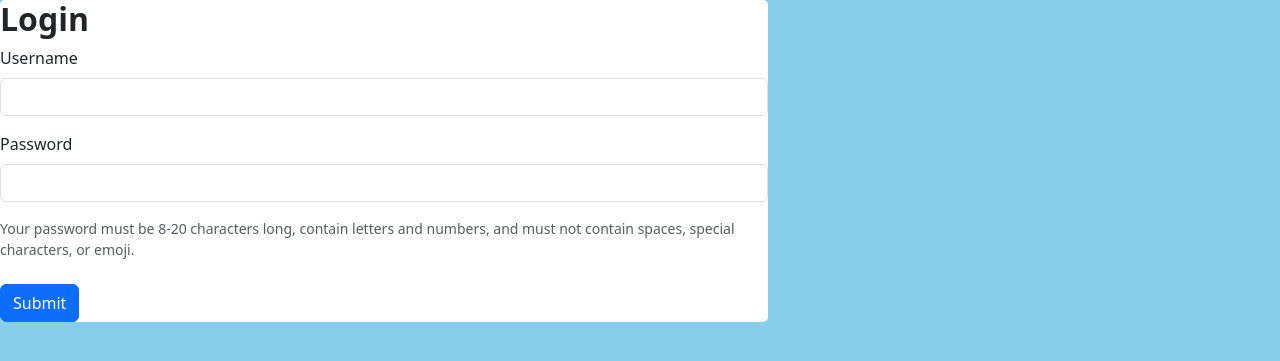
Repository: sarathraj2002/todo-list
Page: login.html
These files come from the project's save history. The page is drawn as it stood at one moment and after the next save; the edit follows.
The browser window is 1280 px wide. The pictures show the whole page.

Above is the page before, as saved 2024-09-05 11:12:29.

After the next save:
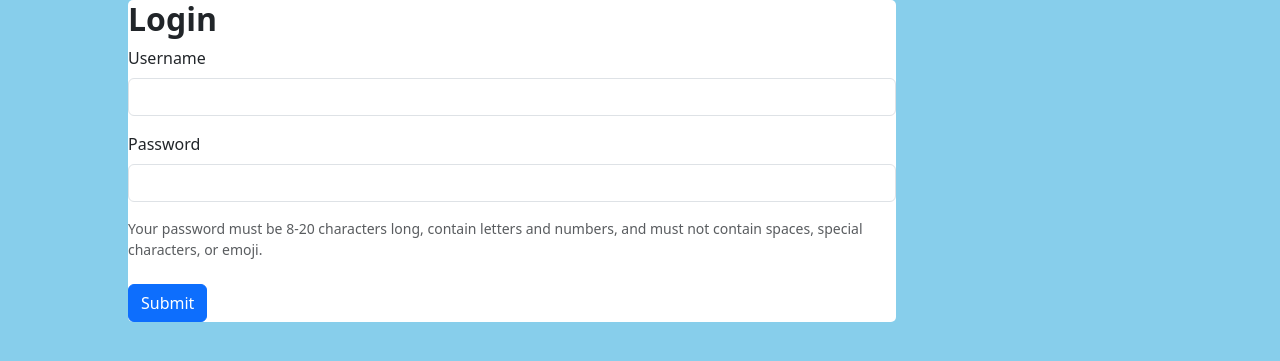
Saved 5 s later.
--- a/style.css
+++ b/style.css
@@ -11,7 +11,7 @@ body{
     height: 100%;
     width: 60%;
     border-color:black;
-    margin-left: 0%;
+    margin-left: 10%;
     border-radius: 5px;
     background-color: white;
 }
